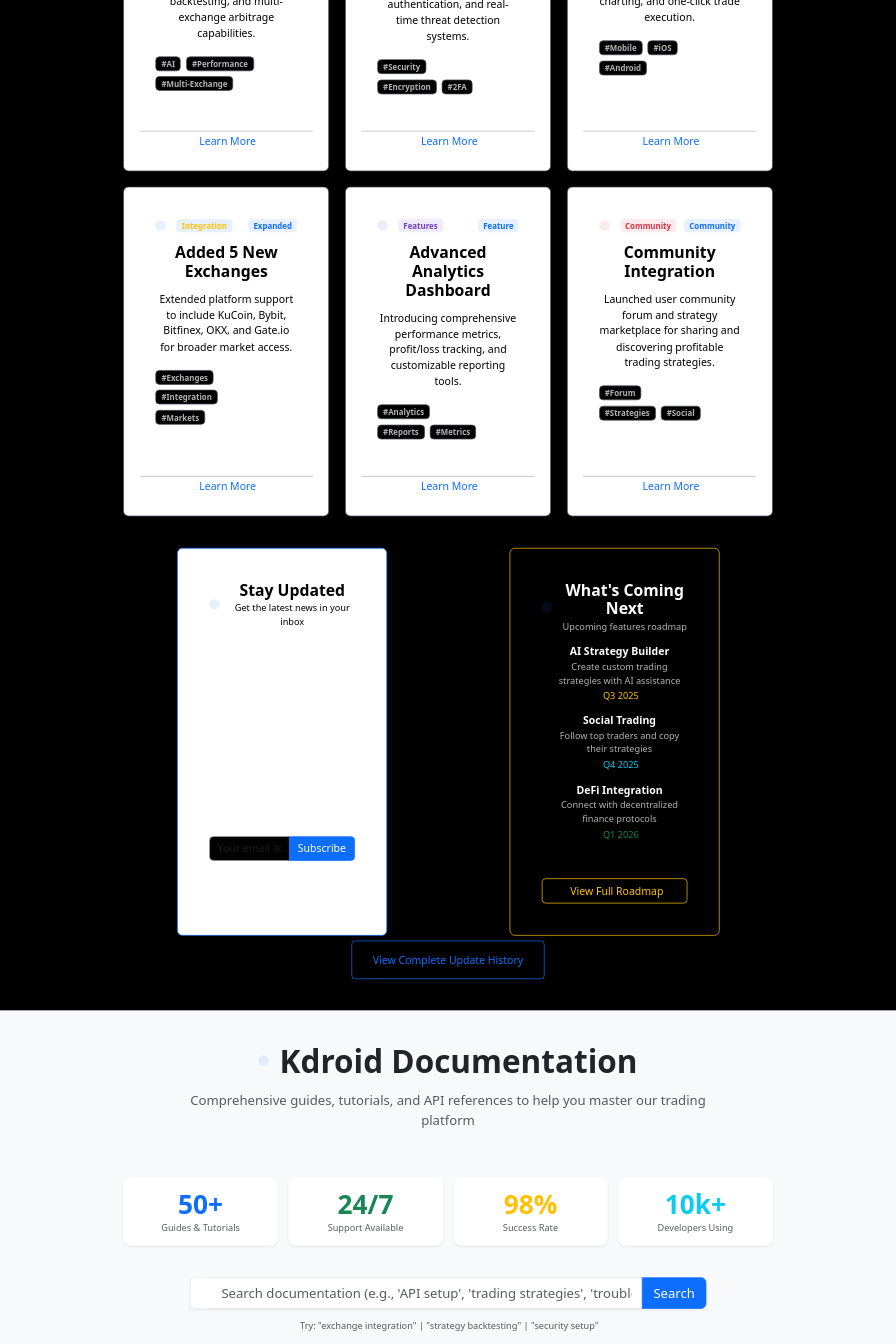
Repository: Kevin-Pro-Codes/halo-trading
Page: /
An editor plug-in stored every save of this project. The page is shown before and after the next save, followed by the edit.
The browser window is 1280 px wide. The pictures show the part of the page from y = 3814 to 5734 px (the page is 15259 px tall), at 70% of full size.
The page's requests for data from a server got no answer. The project was rebuilt for these pictures with package versions that can differ from the ones it lists, and the page was loaded fresh each time. Some packages were replaced by stand-ins written for this rebuild. No one was signed in, and anything a server would have sent is missing. Also part of the build but not shown: vite.config.js, src/styles/DocStyle.css, src/styles/PricingStyle.css.

Above is the page before, as saved 2025-12-09 16:30:15.

After the next save:
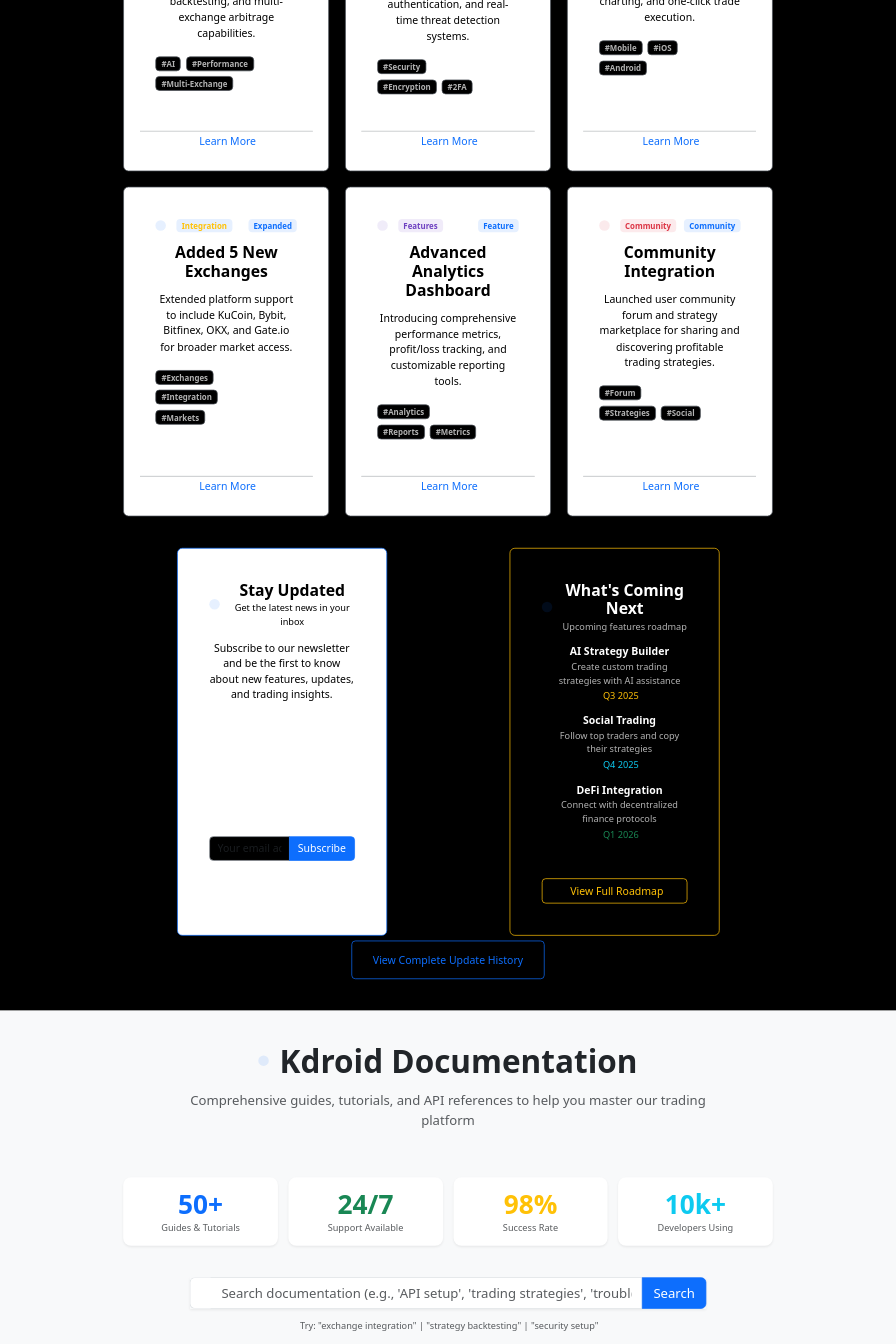
Saved 9 s later.
--- a/src/components/LatestSection.jsx
+++ b/src/components/LatestSection.jsx
@@ -220,7 +220,7 @@ const LatestSection = () => {
                       </div>
                     </div>
 
-                    <p className="text-white-50 mb-4">
+                    <p className="text-black mb-4">
                       Subscribe to our newsletter and be the first to know about new features, updates, and trading insights.
                     </p>
 
